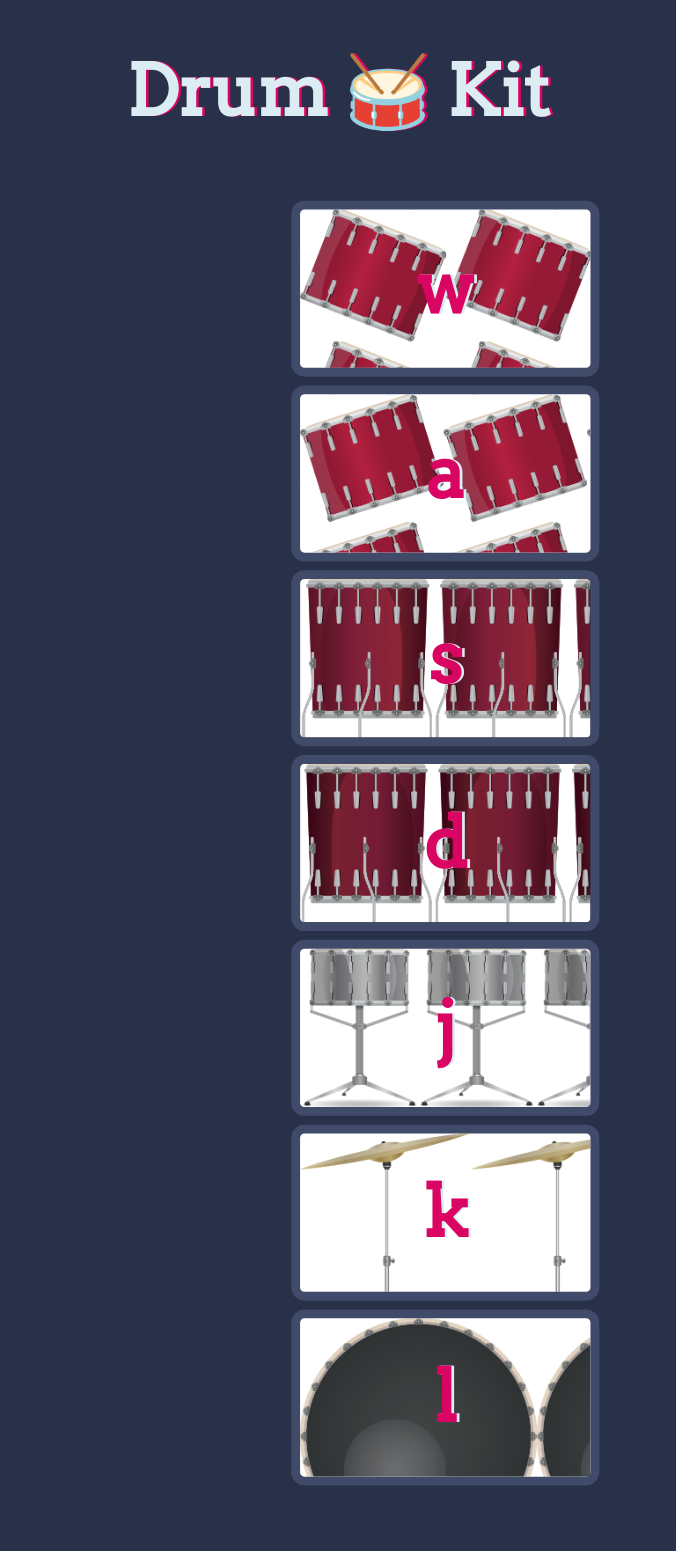
Repository: HoangDuy315/web-dev2022
Page: hw151022/ex3/index.html
These files come from the project's save history. The page is drawn as it stood at one moment and after the next save; the edit follows.
The browser window is 768 px wide. The pictures show the whole page, at 88% of full size.

Above is the page before, as saved 2022-10-15 15:38:51.

After the next save:
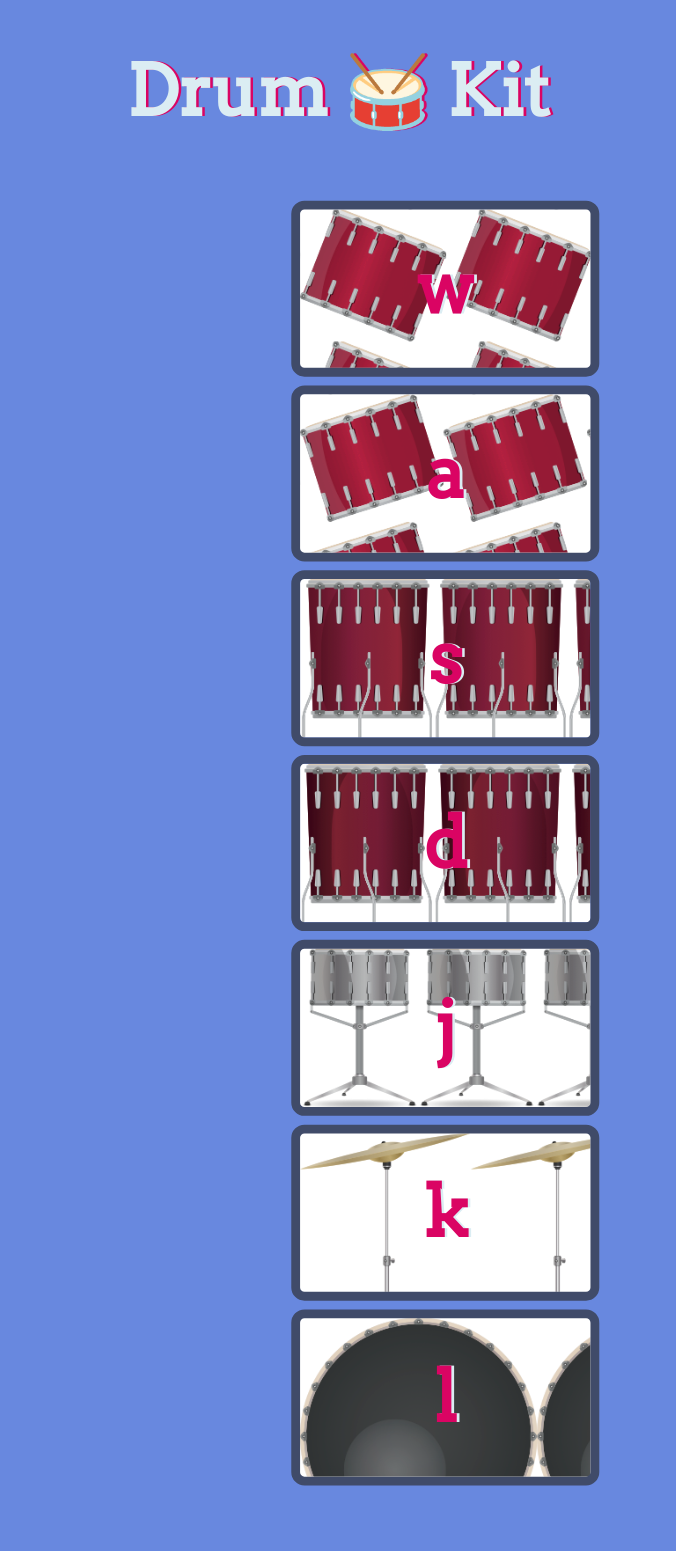
Saved 13 s later.
--- a/hw151022/ex3/styles.css
+++ b/hw151022/ex3/styles.css
@@ -1,18 +1,17 @@
 body {
   text-align: center;
-  background-color: #283149;
+  background-color: #6888df;
 }
 
 h1 {
   font-size: 5rem;
-  color: #DBEDF3;
+  color: #dbedf3;
   font-family: "Arvo", cursive;
-  text-shadow: 3px 0 #DA0463;
-
+  text-shadow: 3px 0 #da0463;
 }
 
 footer {
-  color: #DBEDF3;
+  color: #dbedf3;
   font-family: sans-serif;
 }
 
@@ -49,7 +48,7 @@ footer {
 }
 
 .pressed {
-  box-shadow: 0 3px 4px 0 #DBEDF3;
+  box-shadow: 0 3px 4px 0 #dbedf3;
   opacity: 0.5;
 }
 
@@ -59,13 +58,13 @@ footer {
 
 .drum {
   outline: none;
-  border: 10px solid #404B69;
+  border: 10px solid #404b69;
   font-size: 5rem;
-  font-family: 'Arvo', cursive;
+  font-family: "Arvo", cursive;
   line-height: 2;
   font-weight: 900;
-  color: #DA0463;
-  text-shadow: 3px 0 #DBEDF3;
+  color: #da0463;
+  text-shadow: 3px 0 #dbedf3;
   border-radius: 15px;
   display: inline-block;
   width: 150px;
@@ -75,12 +74,12 @@ footer {
   background-color: white;
 }
 
-@media(max-width:1000px){
-  .drum{
-  width: 350px;
-  height: 200px;
-text-align: center;
-margin: 10px 10px 10px 323px;
+@media (max-width: 1000px) {
+  .drum {
+    width: 350px;
+    height: 200px;
+    text-align: center;
+    margin: 10px 10px 10px 323px;
     display: block;
   }
 }
